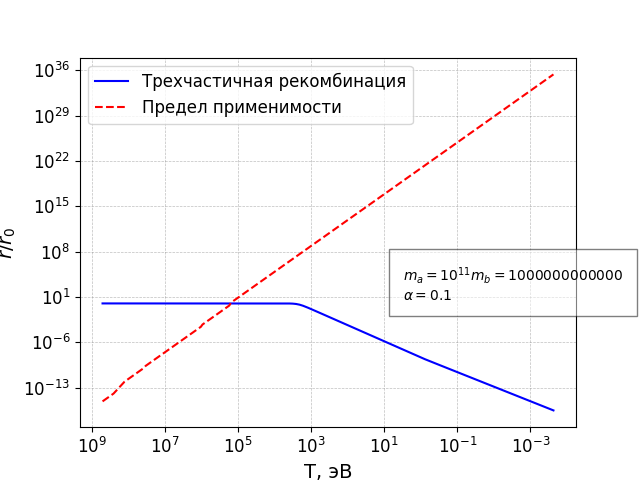
Repository: impermast/recombination
Script's output: python raschet/rec.py
The author's editor kept a copy of each file at every save. The script's output is drawn from the files as they stood at one save, then again after the next save.
Random numbers start from a fixed seed.

Above is the script's output before, as saved 2023-05-17 15:37:20.

### raschet/rec.py

from math import gamma as Gamma
import numpy as np
from numpy import sqrt as sqrt
import matplotlib.pyplot as plt
from matplotlib import colors,ticker
from scipy import integrate
import seaborn as sns
import pandas as pd


#LOGIC -- 1 download data, else generate new
logic = 10
err=10**(-2)
#consts
#E ~ eV
ma = 100*10**9 #ev
mb = 1*10**12 #ev
alpha = 1/10 #none

beta = 14/5
sigma = 8*np.pi*(alpha/ma)**2/3
r0 = 4.7*10**(-13) #r T_rec
T0 = 2.35*10**(-4) #our time
m_pl = 1.22*10**(19+9) #plank mass ev
h_md = 3.08*10**(-14)  #from artile
t_rm = 1.2             #time of rd md transition
t_mod = 4.4*10**(17+16)/(6.582) #
I = ma*alpha*alpha/2 #ev Ionisation potential
mu = ma*mb/(ma+mb)  #reduced weight
s0 = (4*np.pi)**(2/5) *np.pi* (alpha/mu)**2 #coef in kramers
kappa = 43/345
B = alpha*mu/2
Ta = 0.2*10**6*(ma/(100*10**9))**(3/2)*(1/(100*alpha))
Tny = Ta*kappa**(-1/3)/sqrt(np.pi)

def g_s(T):
    return 2+2*8*(T>200*10**6)+ 7/8*(2*2*(T>0.5/3*10**6))+ 2*2*(T>100/3*10**6) + 2*2*(T>2/3*10**9) + 2*1*3*(T>=10**6)+2*1*3*4/11*(T<10**6)+ 2*2*3*2*(T>200*10**6) + 2*2*3*(T>200*10**6) + 2*2*3*(T>1.8/3*10**9) + 2*2*3*(T>4.5/3*10**9)+ 7/8*2*2*3*(T>171/3*10**9)
def g_e(T):
    return 2+2*8*(T>200*10**6)+ 7/8*(2*2*(T>0.5/3*10**6))+ 2*2*(T>100/3*10**6) + 2*2*(T>2/3*10**9) + 2*1*3*(T>=10**6)+ 2*1*3*(4/11)**(4/3)*(T<10**6)+ 2*2*3*2*(T>200*10**6) + 2*2*3*(T>200*10**6) + 2*2*3*(T>1.8/3*10**9) + 2*2*3*(T>4.5/3*10**9)+ 7/8*2*2*3*(T>171/3*10**9)


def H(t):
    # Hubble const on RD and MD from temperature
    if t < t_rm:
        #MD
        return h_md/m_pl**(1/2)
    else:
        return 5.5*np.sqrt(g_e(t_rm)/11)/m_pl


def lim_3b(x):
    """
    Function that calculs limit on 3body recombination density

    x(list):    Temperature of O-fotons

    return list of density of unrecombined particles
    """
    r_pit = (Ta**2/(x**4)) / ((4*np.pi*alpha)**3 *r0*(2*np.pi**2*g_s(x)/45)*sqrt(ma/mb))
    return r_pit


def heatplot(df):
    # heatplot of maximal denity for different model parameters
    sns.set_theme(style="dark")
    sns.set_style("ticks")
    fig, ax = plt.subplots(figsize=(9, 6))
    sns.heatmap(df, annot=True, linewidths=.5, ax=ax, cmap='coolwarm', cbar_kws={'label': 'Значения относительной плотности'})
    ax.set(xlabel=r'$m_a$, эВ', ylabel=r'$\alpha_y$', title='Относительная плотность прорекомбинировавших частиц для различных параметров модели')
    ax.xaxis.set_major_formatter(ticker.FuncFormatter(lambda x, pos: f'$10^{{{(x-0.5):.0f}}}$'))
    ylabels = ["{:0.1f}".format(float(item.get_text()))
                for item in ax.get_yticklabels()]
    xlabels = ["$10^{%0.0f}$"%(np.log10(float(item.get_text()))) for item in ax.get_xticklabels()]
    ax.set_yticklabels(ylabels)
    ax.set_xticklabels(xlabels)
    plt.xticks(rotation=0)

    # Add contour lines
    # x = np.arange(df.shape[1])
    # y = np.arange(df.shape[0])
    # X, Y = np.meshgrid(x, y)
    # levels = np.linspace(df.values.min(), df.values.max(), 10)
    # CS = ax.contour(X + 0.5, Y + 0.5, df.values, levels, colors='k')
    # ax.clabel(CS, inline=True, fontsize=10, fmt='%1.1f')
    # plt.show()

def kriteria(alp_range,m_range):
    """
    Creation of dataframe of maximal density of recombined particles from different alpha and ma (model parameters)

    dens(list):  2D massive of density data
    alp_range(list):    1D list of parameters alpha
    m_range(list):      1D list of electron mass parameter
    krit(list):         1D list of density, that used to find point where limit and 3body recombination density are equal

    create csv file of dataframe
    """
    dens = [0]*len(alp_range)
    dens1 = []
    k=0
    for alpha in alp_range:
        for ma in m_range:
            [T,rk,r3,rc,rlim] = calc(alpha,ma,mb)
            krit=[i for i, j in zip(r3, rlim) if abs(i-j)<err and i<0.1]
            try: dens1.append(float(-np.log(krit[-1])))
            except IndexError: dens1.append(0)
        dens[k]=dens1
        dens1=[]
        print("At ",k+1,"  itteration")
        k+=1
    df = pd.DataFrame(dens, index=alp_range,columns=m_range)
    df.to_csv('data.csv')

def calc(alpha,ma,mb):
    """
    Calculates the temperature-dependent rates for various processes.

    Args:
        I (float): Initial temperature of photons.
        T0 (float): Present-day temperature of photons.
        kappa (float): Ratio of photon number density to baryon number density.
        lim_3b (function): Function that calculates the three-body rate limit.
        t_rm (float): Time of radiation-matter equality.
        alpha (float): Fine-structure constant.
        ma (float): Mass of electron.
        mb (float): Mass of baryon.
        beta (float): Power law index.
        g_s (function): Function that calculates the entropy degrees of freedom.
        s0 (float): Present-day entropy density.
        m_pl (float): Planck mass.
        mu (float): Ratio of proton mass to electron mass.

    Returns:
        list: A list containing the temperature-dependent rates for various processes.
    """
    T = [] # Temperature of photons
    z = [] #redshift
    rk = [] # r for kramerz

    #after decouple of dphoton
    i = 0
    T = [(I)]
    z = [T[i]/T0 -1]
    rk = [1] #initial r=1 Kramers case
    r3b = [1] #3body case
    rcl = [1] #classical
    rlim =[lim_3b(T[i])] #pitevski lim

    #until O-photons decouple
    while T[i]>(I/10)*kappa**(-1/3):
        i = i+1
        T = T + [T[i-1]/2]
        rk = rk + [1]
        r3b = r3b+[1]
        rcl = rcl+[1]
        rlim = rlim + [lim_3b(T[i])]
        z.append(T[i]/T0 -1)

    # until RD MD transition
    j = i
    while T[i]>t_rm:
        i=i+1
        T = T + [T[i-1]*0.9]
        z.append(T[i]/T0 -1)
        rk = rk + [(1+4.71*10**8*r0*((np.log(np.sqrt(I*Ta/T[i])))**2-(np.log(np.sqrt(I*Ta/T[j])))**2))**(-1)]
        D = (2*np.pi**2*g_s(T[i])/45)**2 * (4*np.pi*alpha)**5 * (2*np.sqrt(ma)*Ta**(9/2)/mb) / H(T[i])
        r3b = r3b + [(1+ D*2/5*r0*r0*(T[i]**(-5)-I**(-5)))**(-1/2)]

        Dcl = Gamma(2-beta/2)*g_s(T[i])*s0*m_pl*(mu*Ta)**((beta-1)/2)/ ((beta-2)*2**((beta-3)/2)*np.sqrt(45*g_s(T[j])))
        rcl = rcl + [(1+Dcl*r0*(T[i]**(2-beta)-T[j]**(2-beta)))**(-1)]
        rlim = rlim + [lim_3b(T[i])]

    #until now
    j=i
    rk_rm=rk[j]
    r3b_rm = r3b[j]
    while T[i]>T0:
        i=i+1
        T = T + [T[i-1]*0.99]
        z.append(T[i]/T0 -1)
        rk = rk + [rk_rm*(1+1.7*10**9*rk_rm*r0*(T[j]**0.5*(np.log(np.sqrt(I*Ta/T[j]))+2)-T[i]**0.5*(np.log(np.sqrt(I*Ta/T[i]))+2)))**(-1)]
        D = (2*np.pi**2*g_s(T[i])/45)**2 * (4*np.pi*alpha)**5 * (2*np.sqrt(ma)*Ta**(9/2)/mb) / H(T[i])
        r3b = r3b +[r3b_rm*(1+D*r3b_rm*r3b_rm*r0*r0* 4/9 * (T[i]**(-9/2)-T[j]**(-9/2)))**(-1/2)]
        Dcl = Gamma(2-beta/2)*g_s(T[i])*s0*m_pl*(mu*Ta)**((beta-1)/2)/ ((beta-2.5)*2**((beta-3)/2)*np.sqrt(45*g_s(T[j])))/np.sqrt(t_rm)
        rcl = rcl + [rcl[j]*(1+Dcl*rcl[j]*r0*(T[i]**(2.5-beta)-T[j]**(2.5-beta)))**(-1)]
        rlim = rlim + [lim_3b(T[i])]

    return [T,rk,r3b,rcl,rlim]


def graph(T,rk,r3,rcl,rlim):
    # graphplotter used to plot r(T) graphs
    fig, ax = plt.subplots(1,1)
    ax.plot(T,r3,'b',label ="Трехчастичная рекомбинация")
    ax.plot(T,rlim, "--r",label ="Предел применимости")
    # ax.plot(T,r2,'g', label ="Радиационная рекомбинация")
    ax.set_xlabel('T, эВ', fontsize=14)
    ax.text(3, 4,
            r'$m_a = 10^{%0.0f}$'%(np.log10(ma))+
            r'$m_b = $'+repr(mb)+"\n"+
            r'$\alpha = $'+repr(alpha),
            fontsize=10, bbox={'facecolor': 'white', 'alpha': 0.5, 'pad': 10})
    ax.set_ylabel(r'$r/r_0$', fontsize=14, fontweight='bold')
    ax.tick_params(labelsize=12)
    ax.grid(color='gray', linestyle='--', linewidth=0.5, alpha=0.5)
    ax.legend(fontsize=12)
    ax.invert_xaxis()
    plt.semilogx()
    plt.semilogy()
    plt.show()

def main():
    alp_range = np.logspace(-1,3,10)
    m_range = np.logspace(16,21,10)
    if logic == 1:
        try:
            df = pd.read_csv('data.csv')
        except FileNotFoundError:
            print(u'Saved data not found')
            df = kriteria(alp_range,m_range)
    elif logic == 0:
        kriteria(alp_range,m_range)
    else:
        pass


    # df = pd.read_csv('data.csv', index_col=0)
    # heatplot(df)
    # print(df)

    [T,rk,r3,rcl,rlim] = calc(alpha,ma,mb)
    graph(T,rk,r3,rcl,rlim)


main()

After the next save:
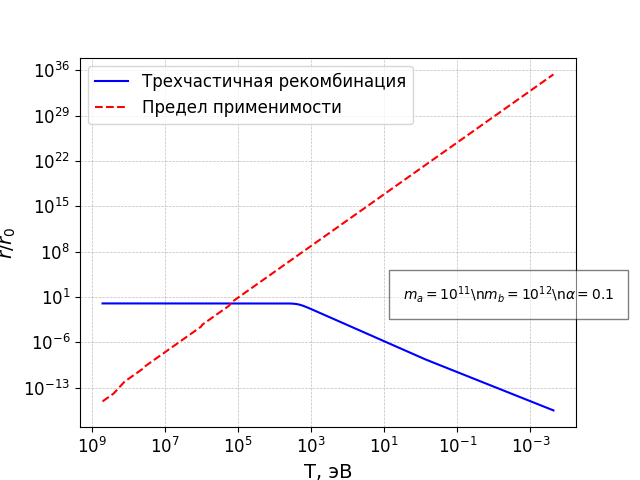
Saved 31 s later.
--- a/raschet/rec.py
+++ b/raschet/rec.py
@@ -197,8 +197,8 @@ def graph(T,rk,r3,rcl,rlim):
     # ax.plot(T,r2,'g', label ="Радиационная рекомбинация")
     ax.set_xlabel('T, эВ', fontsize=14)
     ax.text(3, 4,
-            r'$m_a = 10^{%0.0f}$'%(np.log10(ma))+
-            r'$m_b = $'+repr(mb)+"\n"+
+            r'$m_a = 10^{%0.0f}$\n'%(np.log10(ma))+
+            r'$m_b = 10^{%0.0f}$\n'%(np.log10(mb))+
             r'$\alpha = $'+repr(alpha),
             fontsize=10, bbox={'facecolor': 'white', 'alpha': 0.5, 'pad': 10})
     ax.set_ylabel(r'$r/r_0$', fontsize=14, fontweight='bold')
